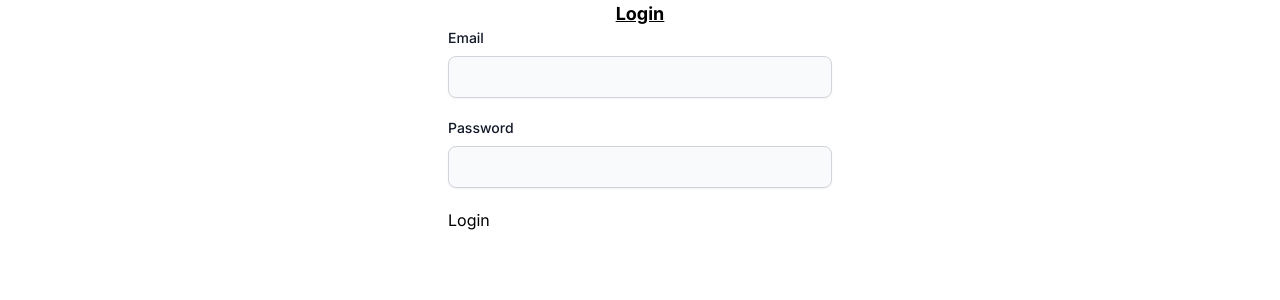
Repository: fatimash2123/next-todo
Page: /login
These files come from the project's save history. The page is drawn as it stood at one moment and after the next save; the edit follows.
The browser window is 1280 px wide. The pictures show the whole page.
The project was rebuilt for these pictures with package versions that can differ from the ones it lists, and the page was loaded fresh each time. The framework's server and built-in components were replaced by stand-ins that run in the browser. Also part of the build but not shown: next.config.mjs.

Above is the page before, as saved 2024-02-14 10:29:14.

### app/login/page.tsx
import Input from "@/components/Input";
import Button from "@/components/Button";
import MainHeading from "@/components/MainHeading";
import LoginForm from "@/components/LoginForm";
export default function Register() {
  return (
    <>
      <MainHeading title={"Login"} />
      <LoginForm />
    </>
  );
}

### components/MainHeading.tsx
interface MainHeadingProps {
  title: string;
}

export default function ({ title }: MainHeadingProps) {
  return (
    <h1 className="font-bold text-lg text-center text-3xl underline">
      {title}
    </h1>
  );
}

### components/LoginForm.tsx
"use-client";
import Input from "./Input";
import Button from "./Button";
import login from "@/store/authentication/login";
import { FormEvent } from "react";
export default function LoginForm() {
  return (
    <form className="max-w-sm mx-auto" action={login}>
      <Input title={"Email"} type={"email"} name={"email"} />
      <Input title={"Password"} type={"password"} name={"password"} />
      <button type="submit">Login</button>
      {/* <Button title={"Login"} handleOnClick={login} /> */}
    </form>
  );
}

### components/Input.tsx
import { forwardRef } from "react";

interface InputProps {
  title: string;
  type: string;
  name: string;
}
const Input = function ({ title, type, name }: InputProps) {
  return (
    <div className="mb-5">
      <label
        htmlFor={name}
        className="block mb-2 text-sm font-medium text-gray-900 dark:text-white"
      >
        {title}
      </label>
      <input
        type={type}
        name={name}
        id={name}
        // ref={ref}
        className="shadow-sm bg-gray-50 border border-gray-300 text-gray-900 text-sm rounded-lg focus:ring-blue-500 focus:border-blue-500 block w-full p-2.5 dark:bg-gray-700 dark:border-gray-600 dark:placeholder-gray-400 dark:text-white dark:focus:ring-blue-500 dark:focus:border-blue-500 dark:shadow-sm-light"
      />
    </div>
  );
};
export default Input;

### store/authentication/login.tsx
"use server";
interface LoginUser {
  email: string;
  password: string;
}
async function login(formData: FormData) {
  console.log(formData);
  //   const body = JSON.stringify({
  //     email,
  //     password,
  //   });
  //   try {
  //     const data = await fetch("http://localhost:3001/api/auth/login", {
  //       method: "POST",
  //       body: body,
  //     });
  //     console.log("login pressed response");
  //     console.log("response got back=", await data.json());
  //   } catch (err) {
  //     console.log(err);
  //   }
}

// export async function authenticate({ email, password }: LoginUser) {
//   try {
//     var formData = new FormData();
//     formData.append("email", email);
//     formData.append("phone", password);
//     await login("credentials", formData);
//   } catch (error) {
//     if (error) {
//       switch (error.type) {
//         case "CredentialsSignin":
//           return "Invalid credentials.";
//         default:
//           return "Something went wrong.";
//       }
//     }
//     throw error;
//   }
// }

export default login;

### tailwind.config.js
/** @type {import('tailwindcss').Config} */
module.exports = {
  content: [
    "./app/**/*.{js,ts,jsx,tsx,mdx}",
    "./components/**/*.{js,ts,jsx,tsx,mdx}",
  ],
  theme: {
    extend: {},
  },
  plugins: [],
}

### components/Button.tsx
"use client";
interface ButtonProps {
  title: string;
  handleOnClick: any;
}

const Button = ({ title, handleOnClick }: ButtonProps) => {
  return (
    <button
      type="submit"
      className="text-white bg-blue-700 hover:bg-blue-800 focus:ring-4 focus:outline-none focus:ring-blue-300 font-medium rounded-lg text-sm px-5 py-2.5 text-center dark:bg-blue-600 dark:hover:bg-blue-700 dark:focus:ring-blue-800"
      onClick={(event) => {
        event.preventDefault();
        handleOnClick({ email: "fshahzad2123@gmail.com", password: "abc" });
      }}
    >
      {title}
    </button>
  );
};

export default Button;

Loaded but not shown: app/layout.tsx (common file); app/globals.css (common file)

After the next save:
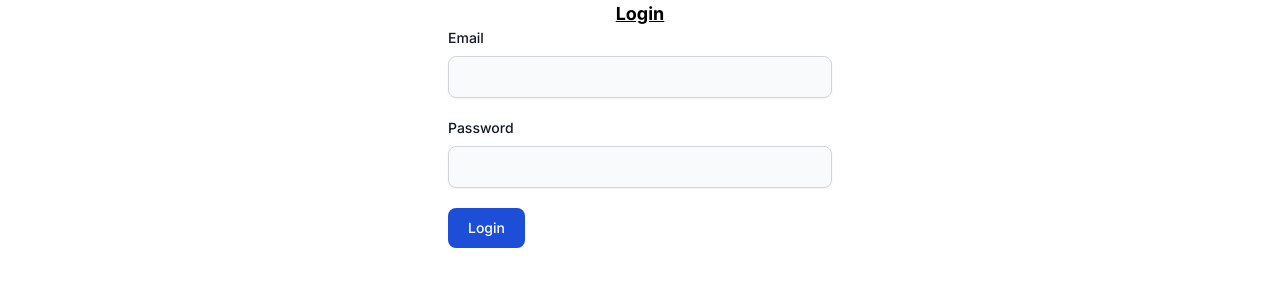
Saved 46 s later.
--- a/components/LoginForm.tsx
+++ b/components/LoginForm.tsx
@@ -8,8 +8,8 @@ export default function LoginForm() {
     <form className="max-w-sm mx-auto" action={login}>
       <Input title={"Email"} type={"email"} name={"email"} />
       <Input title={"Password"} type={"password"} name={"password"} />
-      <button type="submit">Login</button>
-      {/* <Button title={"Login"} handleOnClick={login} /> */}
+      {/* <button type="submit">Login</button> */}
+      <Button title={"Login"} handleOnClick={login} />
     </form>
   );
 }
